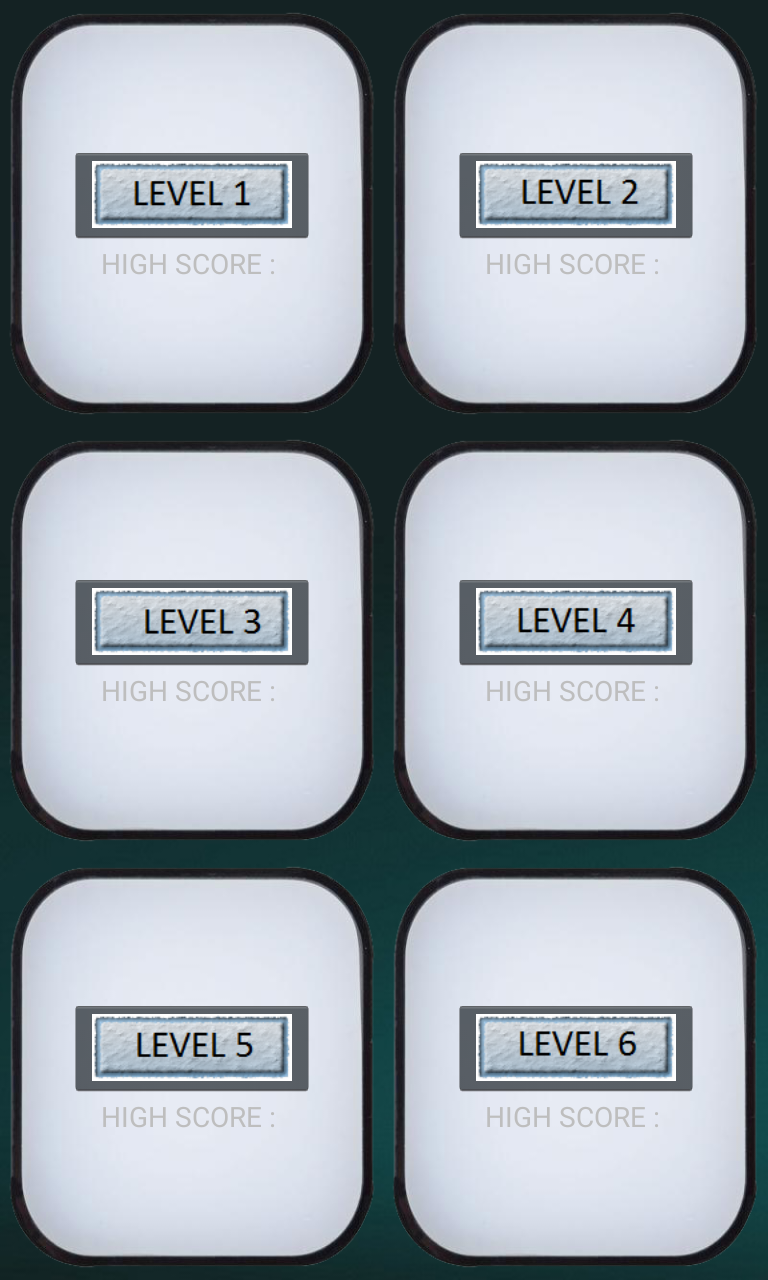
Repository: rohitchawla22/SebiQuiz
Layout: SebiQuiz/res/layout/menu.xml
The author's editor kept a copy of each file at every save. The layout is drawn from the files as they stood at one save, then again after the next save.
It is drawn on a 768 x 1280 px phone screen (xhdpi) without system bars, with theme android:Theme.Holo; the app's code is not run.

Above is the layout before, as saved 2014-06-12 10:13:00.

After the next save:
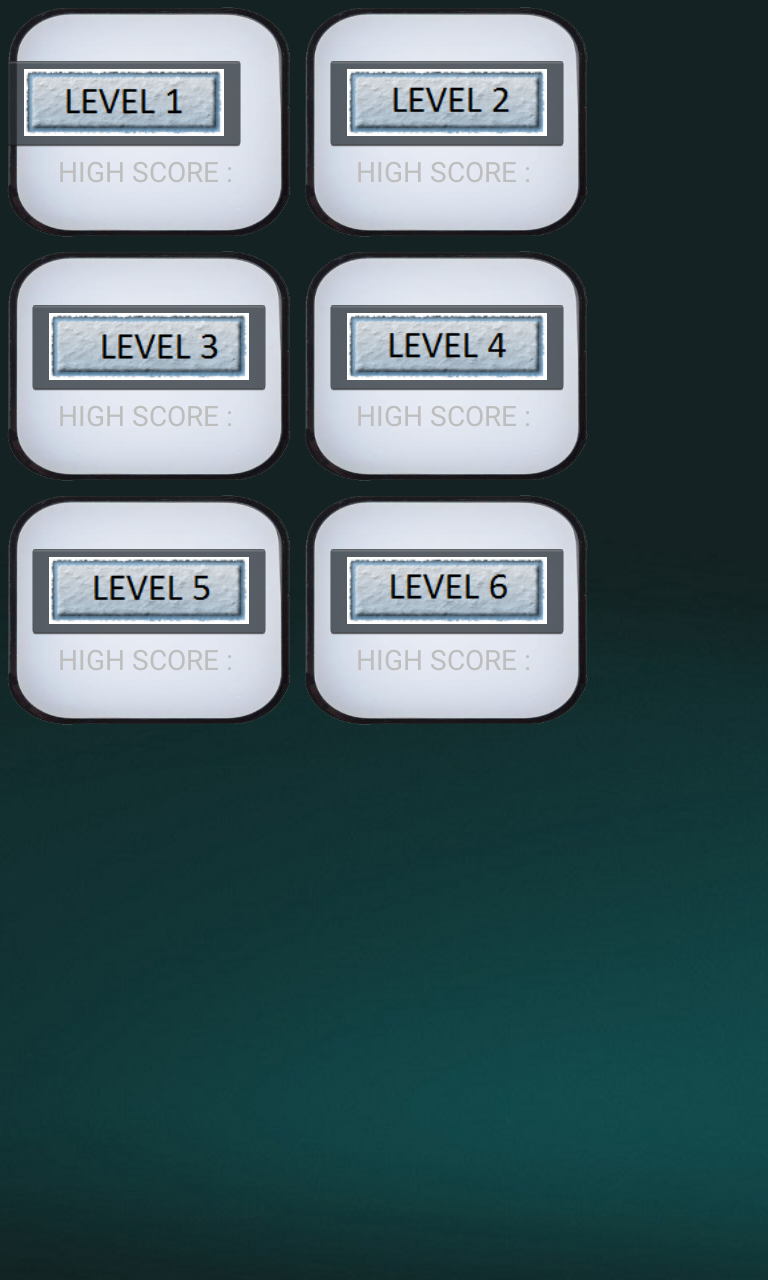
Saved 10 min 31 s later.
--- a/SebiQuiz/res/layout/menu.xml
+++ b/SebiQuiz/res/layout/menu.xml
@@ -6,9 +6,8 @@
     android:orientation="vertical" >
 
     <LinearLayout
-        android:layout_width="match_parent"
-        android:layout_height="match_parent"
-        android:layout_weight="1"
+        android:layout_width="298dp"
+        android:layout_height="122dp"
         android:background="@drawable/button" >
 
         <LinearLayout
@@ -22,7 +21,6 @@
                 android:id="@+id/level1"
                 android:layout_width="wrap_content"
                 android:layout_height="wrap_content"
-                android:layout_gravity="center"
                 android:src="@drawable/level1" />
 
            <TextView
@@ -60,9 +58,8 @@
     </LinearLayout>
 
     <LinearLayout
-        android:layout_width="match_parent"
-        android:layout_height="match_parent"
-        android:layout_weight="1"
+        android:layout_width="298dp"
+        android:layout_height="122dp"
         android:background="@drawable/button" >
          <LinearLayout
             android:layout_width="wrap_content"
@@ -112,16 +109,16 @@
     </LinearLayout>
 
     <LinearLayout
-        android:layout_width="match_parent"
-        android:layout_height="match_parent"
-        android:layout_weight="1"
+        android:layout_width="298dp"
+        android:layout_height="122dp"
         android:background="@drawable/button" >
-         <LinearLayout
+
+        <LinearLayout
             android:layout_width="wrap_content"
             android:layout_height="wrap_content"
             android:layout_gravity="center"
             android:layout_weight="1"
-            android:orientation="vertical">
+            android:orientation="vertical" >
 
             <ImageButton
                 android:id="@+id/level5"
@@ -129,13 +126,13 @@
                 android:layout_height="wrap_content"
                 android:layout_gravity="center"
                 android:src="@drawable/level5" />
+
             <TextView
-               android:id="@+id/l5"
-               android:layout_width="wrap_content"
-               android:layout_height="wrap_content"
-               android:layout_gravity="center"
-               android:text="@string/high_score_" />
-
+                android:id="@+id/l5"
+                android:layout_width="wrap_content"
+                android:layout_height="wrap_content"
+                android:layout_gravity="center"
+                android:text="@string/high_score_" />
         </LinearLayout>
 
         <LinearLayout
@@ -143,7 +140,7 @@
             android:layout_height="wrap_content"
             android:layout_gravity="center"
             android:layout_weight="1"
-            android:orientation="vertical">
+            android:orientation="vertical" >
 
             <ImageButton
                 android:id="@+id/level6"
@@ -153,13 +150,13 @@
                 android:adjustViewBounds="false"
                 android:baselineAlignBottom="false"
                 android:src="@drawable/level6" />
+
             <TextView
-               android:id="@+id/l6"
-               android:layout_width="wrap_content"
-               android:layout_height="wrap_content"
-               android:layout_gravity="center"
-               android:text="@string/high_score_" />
-
+                android:id="@+id/l6"
+                android:layout_width="wrap_content"
+                android:layout_height="wrap_content"
+                android:layout_gravity="center"
+                android:text="@string/high_score_" />
         </LinearLayout>
     </LinearLayout>
 
